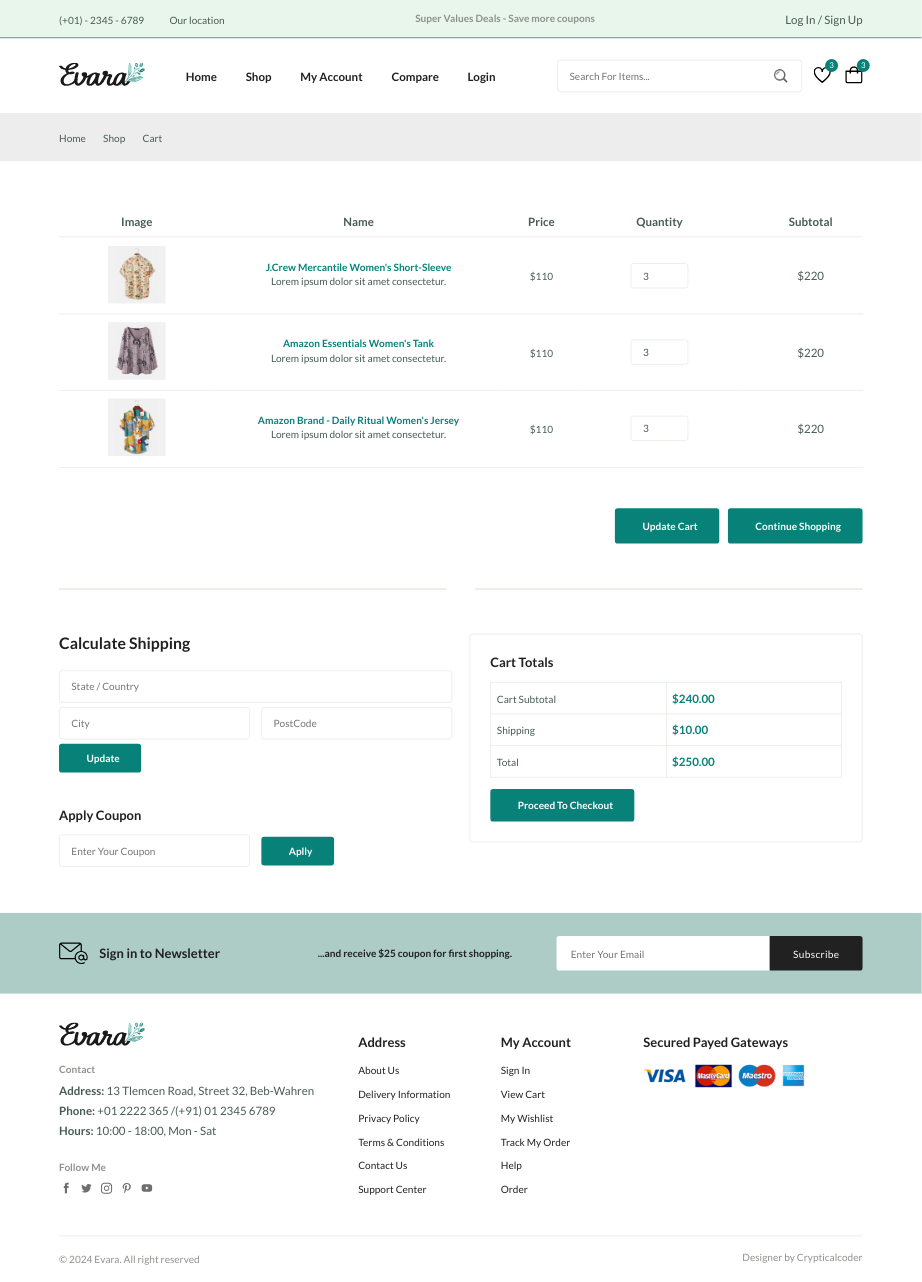
Repository: binhphanbp/evara-ecommerce
Page: cart.html
These files come from the project's save history. The page is drawn as it stood at one moment and after the next save; the edit follows.
The browser window is 1280 px wide. The pictures show the whole page, at 72% of full size.
Some icons come from a web library that is not loaded, so they are not drawn.

Above is the page before, as saved 2025-04-16 06:40:59.

After the next save:
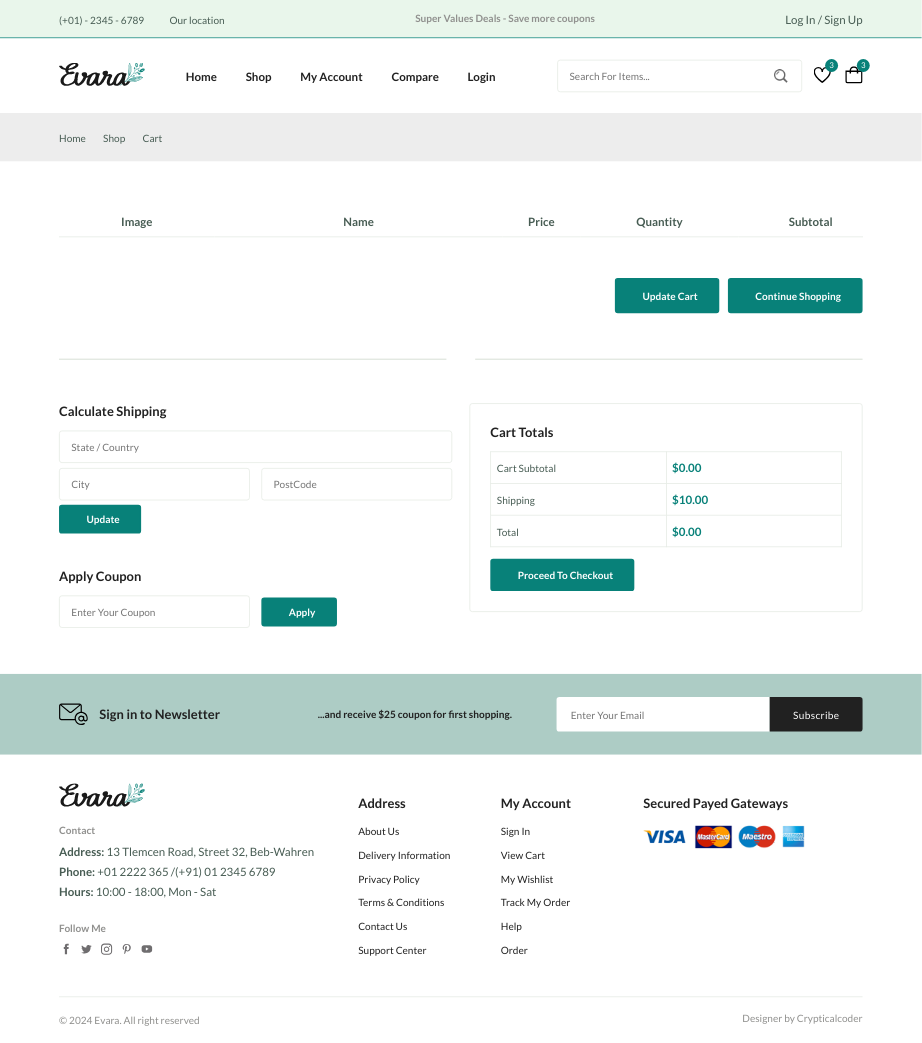
Saved 77 s later.
--- a/cart.html
+++ b/cart.html
@@ -113,86 +113,18 @@
                 <th>Price</th>
                 <th>Quantity</th>
                 <th>Subtotal</th>
-                <th>Rename</th>
+                <th>Remove</th>
               </tr>
             </thead>
-            <tbody>
-              <tr>
-                <td>
-                  <img
-                    src="./assets//img/product-1-2.jpg"
-                    alt=""
-                    class="table__img"
-                  />
-                </td>
-                <td>
-                  <h3 class="table__title">
-                    J.Crew Mercantile Women's Short-Sleeve
-                  </h3>
-                  <p class="table__description">
-                    Lorem ipsum dolor sit amet consectetur.
-                  </p>
-                </td>
-                <td>
-                  <span class="table__price">$110</span>
-                </td>
-                <td><input type="number" value="3" class="quantity" /></td>
-                <td><span class="subtotal">$220</span></td>
-                <td><i class="fi fi-rs-trash table__trash"></i></td>
-              </tr>
-              <tr>
-                <td>
-                  <img
-                    src="./assets//img/product-7-1.jpg"
-                    alt=""
-                    class="table__img"
-                  />
-                </td>
-                <td>
-                  <h3 class="table__title">Amazon Essentials Women's Tank</h3>
-                  <p class="table__description">
-                    Lorem ipsum dolor sit amet consectetur.
-                  </p>
-                </td>
-                <td>
-                  <span class="table__price">$110</span>
-                </td>
-                <td><input type="number" value="3" class="quantity" /></td>
-                <td><span class="subtotal">$220</span></td>
-                <td><i class="fi fi-rs-trash table__trash"></i></td>
-              </tr>
-              <tr>
-                <td>
-                  <img
-                    src="./assets//img/product-2-1.jpg"
-                    alt=""
-                    class="table__img"
-                  />
-                </td>
-                <td>
-                  <h3 class="table__title">
-                    Amazon Brand - Daily Ritual Women's Jersey
-                  </h3>
-                  <p class="table__description">
-                    Lorem ipsum dolor sit amet consectetur.
-                  </p>
-                </td>
-                <td>
-                  <span class="table__price">$110</span>
-                </td>
-                <td><input type="number" value="3" class="quantity" /></td>
-                <td><span class="subtotal">$220</span></td>
-                <td><i class="fi fi-rs-trash table__trash"></i></td>
-              </tr>
-            </tbody>
+            <tbody></tbody>
           </table>
         </div>
 
         <div class="cart__actions">
-          <a href="#" class="btn flex btn__md">
+          <a href="#" class="btn flex btn__md" onclick="cart.render()">
             <i class="fi-rs-shuffle"></i> Update Cart
           </a>
-          <a href="#" class="btn flex btn__md">
+          <a href="index.html" class="btn flex btn__md">
             <i class="fi-rs-shopping-bag"></i> Continue Shopping
           </a>
         </div>
@@ -203,7 +135,7 @@
 
         <div class="cart__group grid">
           <div>
-            <div class="cart__shippinp">
+            <div class="cart__shipping">
               <h3 class="section__title">Calculate Shipping</h3>
               <form action="" class="form grid">
                 <input
@@ -237,7 +169,7 @@
                   />
                   <div class="form__btn">
                     <button class="btn flex btn--sm">
-                      <i class="fi-rs-label"></i> Aplly
+                      <i class="fi-rs-label"></i> Apply
                     </button>
                   </div>
                 </div>
@@ -250,7 +182,7 @@
             <table class="cart__total-table">
               <tr>
                 <td><span class="cart__total-title">Cart Subtotal</span></td>
-                <td><span class="cart__total-price">$240.00</span></td>
+                <td><span class="cart__total-price">$0.00</span></td>
               </tr>
               <tr>
                 <td><span class="cart__total-title">Shipping</span></td>
@@ -258,7 +190,7 @@
               </tr>
               <tr>
                 <td><span class="cart__total-title">Total</span></td>
-                <td><span class="cart__total-price">$250.00</span></td>
+                <td><span class="cart__total-price">$0.00</span></td>
               </tr>
             </table>
             <a href="checkout.html" class="btn flex btn--md">
